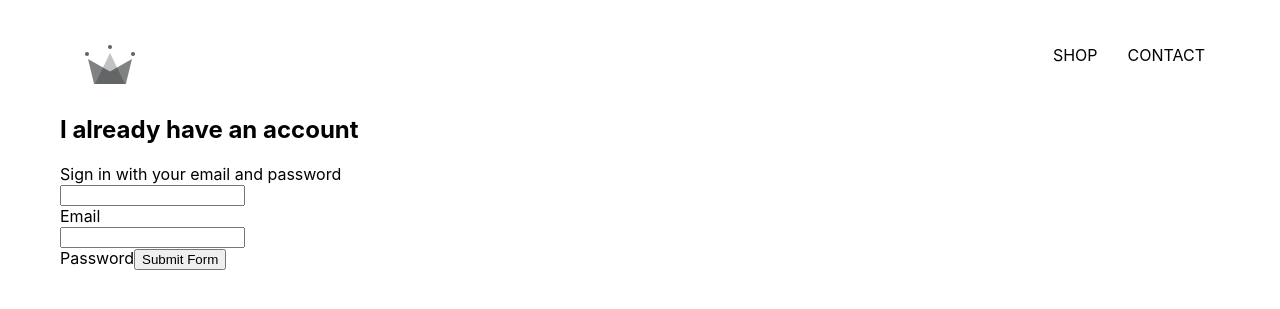
Repository: MikeTroianello/commerce-store
Page: /signin
These files come from the project's save history. The page is drawn as it stood at one moment and after a run of saves; the edit follows.
The browser window is 1280 px wide. The pictures show the whole page.
The project was rebuilt for these pictures with package versions that can differ from the ones it lists, and the page was loaded fresh each time. Also part of the build but not shown: src/components/directory/directory.styles.scss, src/components/directory/directory.component.jsx, src/pages/homepage/homepage.styles.scss, src/pages/homepage/homepage.component.jsx, src/components/collection-item/collection-item.styles.scss, src/components/collection-item/collection-item.component.jsx, src/components/collection-preview/collection-preview.scss, src/components/collection-preview/collection-preview.component.jsx and 2 more. Imported but missing from the stored project, and not drawn on this page: src/components/menu-item/menu-item.component.js, src/pages/shop/shop.data.

Above is the page before, as saved 2019-12-04 14:13:31.

### src/App.js
import React from 'react';
import { Route, Link, Switch } from 'react-router-dom';

import Homepage from './pages/homepage/homepage.component';
import ShopPage from './pages/shop/shop.component';
import Header from './components/header/header.component';
import LoginSignup from './pages/login-signup/LoginSignup';

import './App.css';

function App() {
  console.log(React);
  return (
    <div>
      <Header />
      {/* <Homepage /> */}
      <Switch>
        <Route exact path='/' component={Homepage} />
        <Route path='/shop' component={ShopPage} />
        <Route path='/signin' component={LoginSignup} />
      </Switch>
    </div>
  );
}

export default App;

### src/components/header/header.component.jsx
import React from 'react';
import { Link } from 'react-router-dom';

import { ReactComponent as Logo } from '../../assets/crown.svg';

import './header.component.scss';

const Header = () => (
  <div className='header'>
    <Link className='logo-container' to='/'>
      <Logo className='logo' />
    </Link>
    <div className='options'>
      <Link className='option' to='/shop'>
        SHOP
      </Link>
      <Link className='option' to='/contact'>
        CONTACT
      </Link>
      {/* <Link className='option' to='/'>
     </Link> */}
    </div>
  </div>
);

export default Header;

### src/pages/login-signup/LoginSignup.jsx
import React from 'react';

import SignIn from '../../components/sign-in/sign-in.component';

import './login-signup.scss';

export default function LoginSignup() {
  return (
    <div>
      <div className='sign-in-and-sign-up-page'>
        <SignIn />
      </div>
    </div>
  );
}

### src/App.css
body {
  padding: 20px 60px;
}

a {
  text-decoration: none;
  color: black;
}

### src/components/sign-in/sign-in.component.jsx
import React, { Component } from 'react';

import FormInput from '../form-input/form-input.component';

export default class SignIn extends Component {
  state = {
    email: '',
    password: ''
  };

  handleChange = e => {
    const { name, value } = e.target;
    this.setState({
      [name]: value
    });
  };

  handleSubmit = e => {
    e.preventDefault();
    console.log('submitted');
    this.setState({
      email: '',
      password: ''
    });
  };

  render() {
    return (
      <div className='sign-in'>
        <h2>I already have an account</h2>
        <span>Sign in with your email and password</span>

        <form action=''>
          <FormInput
            type='email'
            name='email'
            value={this.state.email}
            required
            handleChange={this.handleChange}
          />
          <label>Email</label>
          <FormInput
            type='password'
            name='password'
            value={this.state.password}
            required
            handleChange={this.handleChange}
          />
          <label>Password</label>
          <input
            type='submit'
            value='Submit Form'
            onSubmit={this.handleSubmit}
          />
        </form>
      </div>
    );
  }
}

### src/components/form-input/form-input.component.jsx
import React from 'react';

export default function FormInput({ handleChange, label, ...otherProps }) {
  return (
    <div className='group'>
      <input
        type='text'
        className='form-input'
        onChange={handleChange}
        {...otherProps}
      />
      {label ? (
        <label
          className={`${
            otherProps.value.length ? 'shrink' : ''
          } form-input-label`}
        >
          {label}
        </label>
      ) : null}
    </div>
  );
}

Loaded but not shown: public/index.html (common file); src/index.js (common file); src/index.css (common file); src/components/header/header.component.scss (common file)

After the next 2 saves:
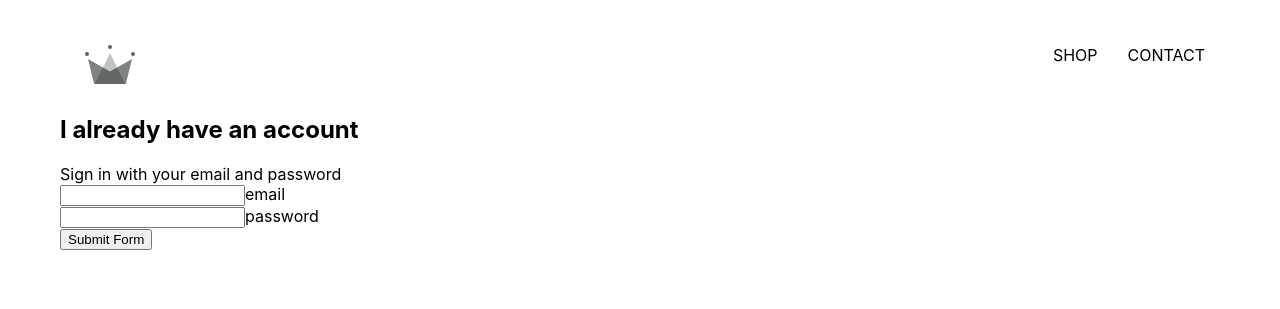
The 2 saves are shown as one change because 1 did not build or start.
The last was saved 69 s later.
--- a/src/components/sign-in/sign-in.component.jsx
+++ b/src/components/sign-in/sign-in.component.jsx
@@ -36,17 +36,17 @@ export default class SignIn extends Component {
             name='email'
             value={this.state.email}
             required
+            label='email'
             handleChange={this.handleChange}
           />
-          <label>Email</label>
           <FormInput
             type='password'
             name='password'
             value={this.state.password}
+            label='password'
             required
             handleChange={this.handleChange}
           />
-          <label>Password</label>
           <input
             type='submit'
             value='Submit Form'
